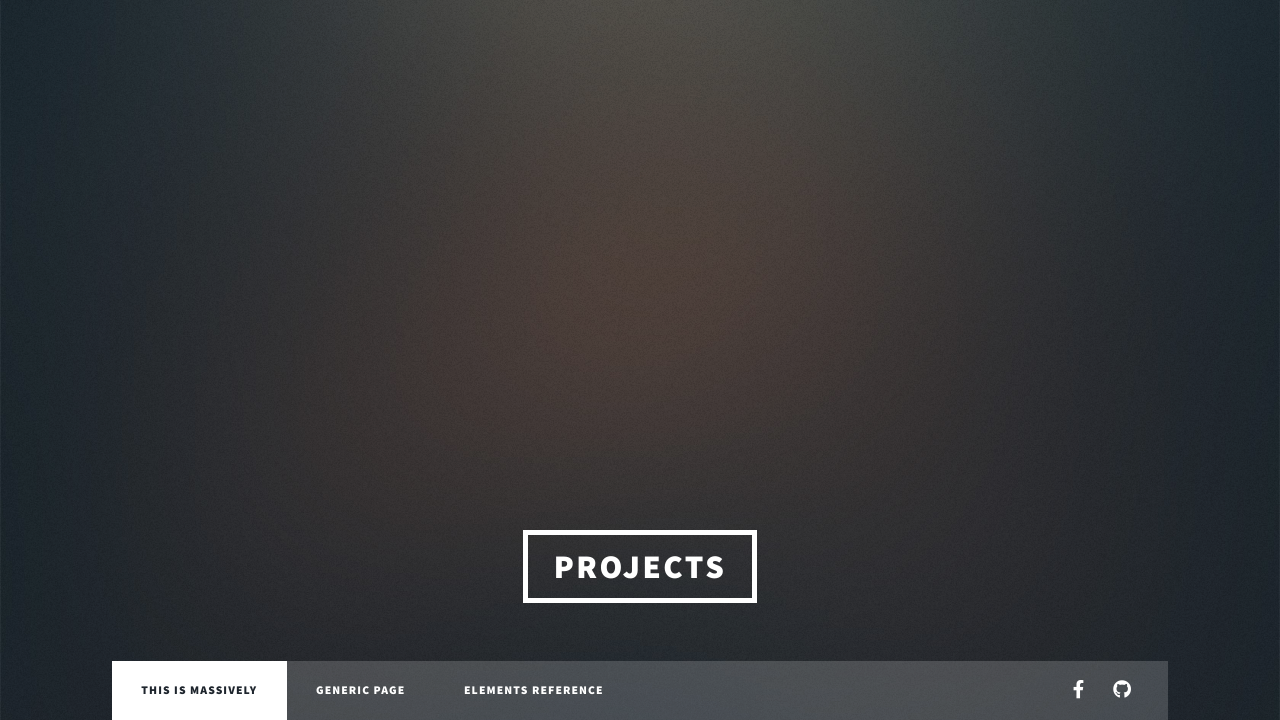
Repository: hiennguyenthanh/PortWebsite
Page: index.html
These files come from the project's save history. The page is drawn as it stood at one moment and after the next save; the edit follows.
The browser window is 1280 px wide. The pictures show the window.
A layer covers the whole window, so only the first screen is drawn.

Above is the page before, as saved 2022-03-11 15:53:27.

After the next save:
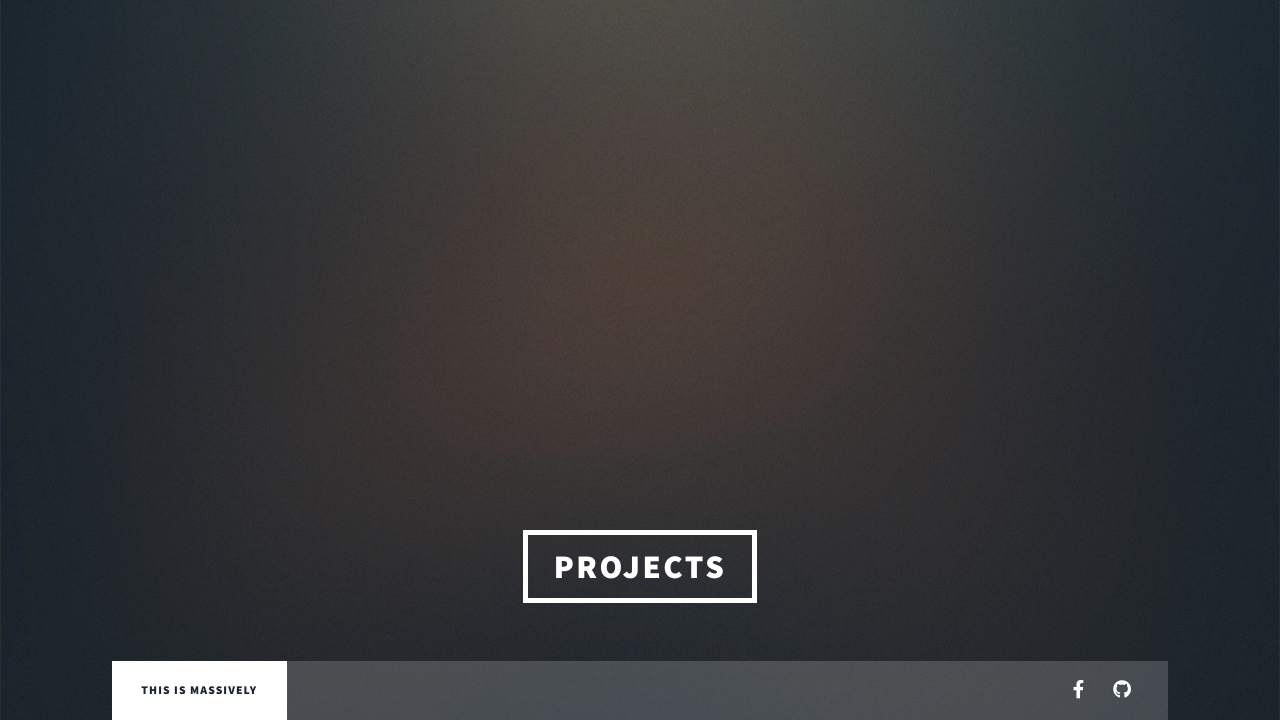
Saved 22 s later.
--- a/index.html
+++ b/index.html
@@ -37,8 +37,6 @@
 					<nav id="nav">
 						<ul class="links">
 							<li class="active"><a href="index.html">This is Massively</a></li>
-							<li><a href="generic.html">Generic Page</a></li>
-							<li><a href="elements.html">Elements Reference</a></li>
 						</ul>
 						<ul class="icons">
 							<li><a href="https://www.facebook.com/nguyenthanhhienbmt" class="icon brands alt fa-facebook-f"><span class="label">Facebook</span></a></li>
